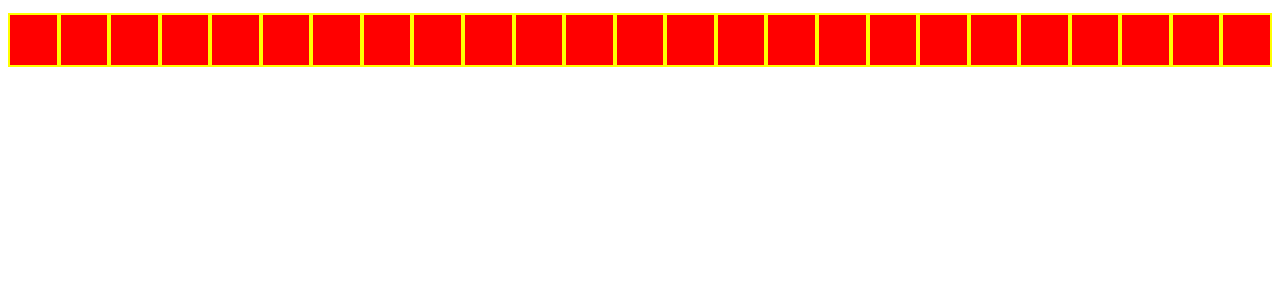
Repository: batonAnton/cursor_hw_10
Page: index.html
An editor plug-in stored every save of this project. The page is shown before and after the next save, followed by the edit.
The browser window is 1280 px wide. The pictures show the whole page.

Above is the page before, as saved 2023-01-31 11:28:36.
Console error: TypeError: Cannot read properties of undefined (reading 'style')

### index.html
<!DOCTYPE html>
<html lang="en">
<head>
    <meta charset="UTF-8">
    <meta http-equiv="X-UA-Compatible" content="IE=edge">
    <meta name="viewport" content="width=device-width, initial-scale=1.0">
    <title>DOM</title>
    <link rel="stylesheet" href="./css/style.css">
</head>
<body>
    <div class="wrapper">
        <div class="container">
            <div class="block"></div>

            </div>
    </div>

    <script src="/index.js"></script>
</body>
</html>

### css/style.css
.container{
    display: flex;
    justify-content: center;

}
.box{
    width: 50px;
    height: 50px;
    background-color: red;
    margin: 5px 0;
    border: 2px solid yellow;
}

### index.js
const container = document.querySelector(".container");
function generateBlocks(){
    for(let i = 0; i < 5; i++){
        for(let i = 0; i < 5; i++){
            const div = document.createElement("div");
            div.classList.add("box");
            container.prepend(div);
        }
}
}

generateBlocks();

function generateBlocksInterval(){
    const randomColor = Math.floor(Math.random()*16777215).toString(16);
    document.div.style.backgroundColor = "#" + randomColor;
    color.innerHTML = "#" + randomColor;
}

generateBlocksInterval();

After the next save:
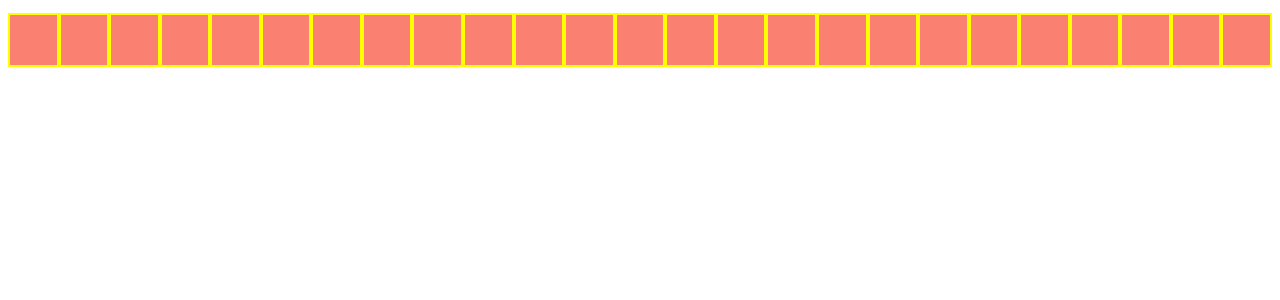
Saved 61 s later.
--- a/css/style.css
+++ b/css/style.css
@@ -6,7 +6,7 @@
 .box{
     width: 50px;
     height: 50px;
-    background-color: red;
+    background-color: #FA8072;
     margin: 5px 0;
     border: 2px solid yellow;
 }
